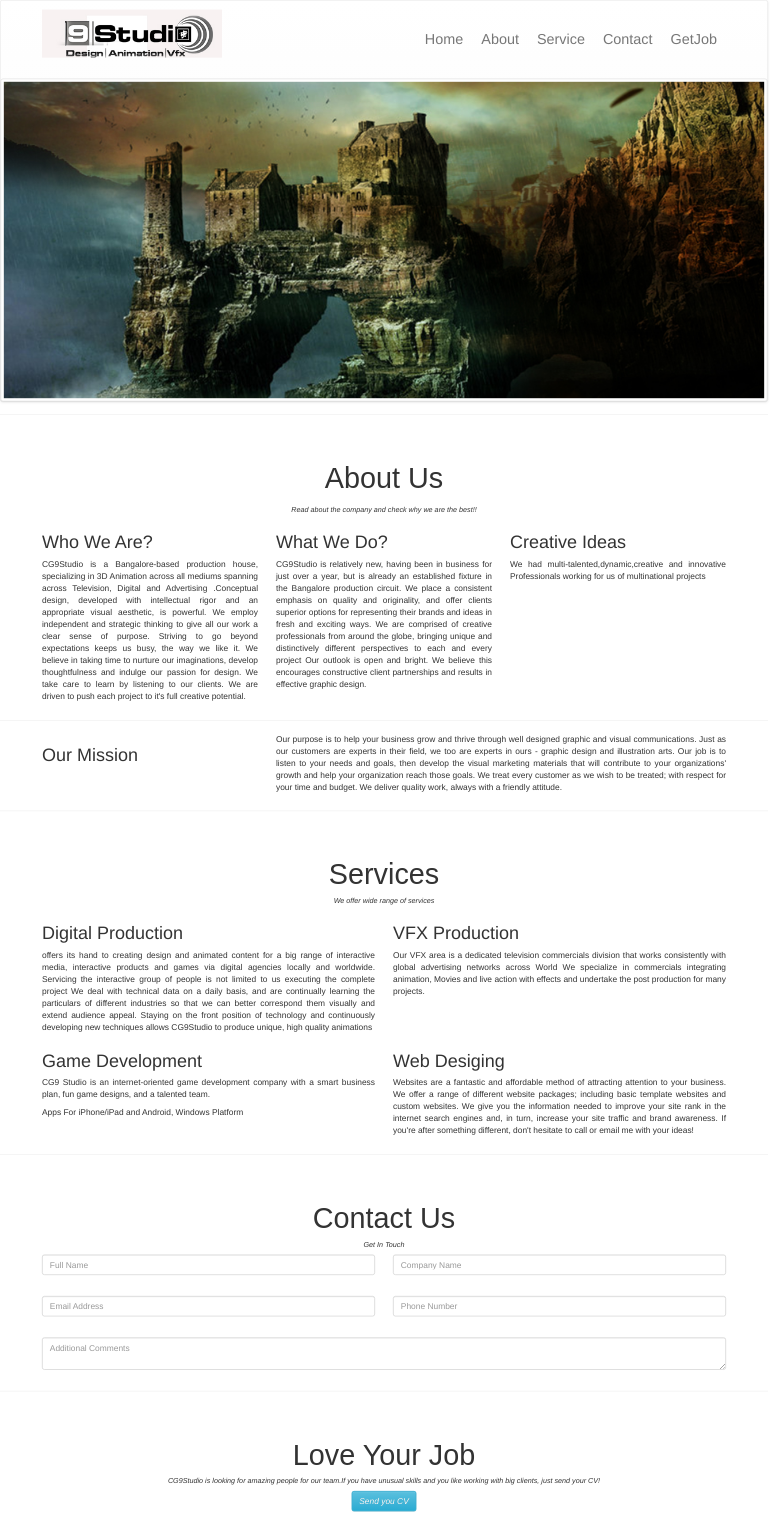
Repository: deepak6sp/BootstrapTheme1
Page: 9studio/WebContent/index.html
An editor plug-in stored every save of this project. The page is shown before and after the next save, followed by the edit.
The browser window is 1280 px wide. The page is 1295 px wide, so the pictures cover 1295 px, including what lies to the right of the window. The pictures show the whole page, at 60% of full size.
Some web libraries are served in a nearby version.

Above is the page before, as saved 2014-07-23 13:50:43.

### 9studio/WebContent/index.html
<!DOCTYPE html>
<html>
<head>
<meta charset="ISO-8859-1">
<title>Welcome To 9Studio</title>
<link rel="stylesheet" type="text/css" href="css/style.css">
<link rel="stylesheet" type="text/css" href="css/bootstrap.min.css">
<link rel="stylesheet" type="text/css" href="css/bootstrap-theme.min.css">
</head>
<body>
	<header class="navbar navbar-default">
		<div class="container">
			<div class="navbar-header">
				<a class="navbar-brand" href="#" title="9studio"><img src="images/logo.jpg"></a>
				<button class="navbar-toggle" data-toggle="collapse" data-target="#navheaderCollapse">
					<span class="icon-bar"></span>
			        <span class="icon-bar"></span>
			        <span class="icon-bar"></span>
	      		</button>
	      	</div>
	      	<br></br>
      		<div class="collapse navbar-collapse navbar-collapse-top" id="navheaderCollapse">
				<ul class="nav navbar-nav  navbar-right" >
					<li><a href="#">Home</a></li>
					<li><a href="#about-us">About</a></li>
					<li><a href="#service">Service</a></li>
					<li><a href="#contact">Contact</a></li>
					<li><a href="#getjob">GetJob</a></li>
				</ul>
			</div>
		</div>
		<br></br>
		<img src="images/home1.jpg" class="img-thumbnail">
	</header>
	<hr><br></br>
		<section id="about-us">
			<div class="container">
				<div class="row text-center"><h1>About Us</h1></div>
				<div class="row text-center"><h6>Read about the company and check why we are the best!!</h6></div>
			</div>
			<div class="container">
				<div class="row">
					<div class="col-md-4">
						<h2>Who We Are?</h2>
						<p class="text-justify">CG9Studio is a Bangalore-based production house, specializing in 3D Animation across all mediums spanning across Television,
						Digital and Advertising .Conceptual design, developed with intellectual rigor and an appropriate visual aesthetic, is powerful.
						We employ independent and strategic thinking to give all our work a clear sense of purpose. Striving to go beyond expectations
						keeps us busy, the way we like it. We believe in taking time to nurture our imaginations, develop thoughtfulness and indulge our
						passion for design. We take care to learn by listening to our clients. We are driven to push each project to it's full creative
						potential.</p>
					</div>
					<div class="col-md-4">
						<h2>What We Do?</h2>
						<p class="text-justify">CG9Studio is relatively new, having been in business for just over a year, but is already an established fixture in the Bangalore
						production circuit. We place a consistent emphasis on quality and originality, and offer clients superior options for representing
						their brands and ideas in fresh and exciting ways. We are comprised of creative professionals from around the globe, bringing unique
						and distinctively different perspectives to each and every project Our outlook is open and bright. We believe this encourages
						constructive client partnerships and results in effective graphic design.</p>
					</div>
					<div class="col-md-4">
						<h2>Creative Ideas</h2>
						<p class="text-justify"> We had multi-talented,dynamic,creative and innovative Professionals working for us of multinational projects</p>
					</div>
				</div>
			</div>
			<hr>
			<div class="container">
				<div class="row">
					<div class="col-md-4">
						<h2>Our Mission</h2>
					</div>
					<div class="col-md-8">
						<p class="text-justify">Our purpose is to help your business grow and thrive through well designed graphic and visual communications. Just as our
						customers are experts in their field, we too are experts in ours - graphic design and illustration arts. Our job is to listen
						to your needs and goals, then develop the visual marketing materials that will contribute to your organizations' growth and help
						your organization reach those goals. We treat every customer as we wish to be treated; with respect for your time and budget. We
						deliver quality work, always with a friendly attitude.
					</div>
				</div>
			</div>
		</section>

	<hr><br></br>
		<section id="service">
			<div class="container">
				<h1 class="row text-center">Services</h1>
				<h6 class="row text-center">We offer wide range of services</h6>
			</div>
			<div class="container">
				<div class="row">
					<div class="col-md-6">
						<h2>Digital Production</h2>
						<p class="text-justify"> offers its hand to creating design and animated content for a big range of interactive media, interactive products and games
						via digital agencies locally and worldwide.  Servicing the interactive group of people is not limited to us executing the complete
						project We deal with technical data on a daily basis, and are continually learning the particulars of different industries so that
						we can better correspond them visually and extend audience appeal. Staying on the front position of technology and continuously
						developing new techniques allows CG9Studio to produce unique, high quality animations</p>
					</div>
					<div class="col-md-6">
						<h2>VFX Production</h2>
						<p class="text-justify">Our VFX area is a dedicated television commercials division that works consistently with global advertising networks across
						World We specialize in commercials integrating animation, Movies and live action with effects and undertake the post production for
						many projects.</p>
					</div>
				</div>
			</div>
			<div class="container">
				<div class="row">
					<div class="col-md-6">
						<h2>Game Development</h2>
						<p class="text-justify">CG9 Studio is  an internet-oriented game development company with a smart business plan, fun  game designs, and a talented team.</P>
						<p class="text-justify">Apps For  iPhone/iPad and Android, Windows Platform</p>
					</div>
					<div class="col-md-6">
						<h2>Web Desiging</h2>
						<p class="text-justify">Websites are a fantastic and affordable method of  attracting attention to your business. We offer a range of different website
						packages; including basic template websites and custom websites. We give you the  information needed to improve your site rank in the
						internet search engines  and, in turn, increase your site traffic and brand awareness.  If you're  after something different, don't
						hesitate to call or email me with your ideas!</p>
					</div>
				</div>
			</div>
		</section>

	<hr><br></br>
		<section id="contact">
			<div class="container">
				<h1 class="row text-center">Contact Us</h1>
				<h6 class="row text-center">Get In Touch</h6>
			</div>
			<div class="container">
				<form class="row">
					<div class="col-md-6">
						<div class="form-group">
							<input type="text" class="form-control" placeholder="Full Name"/>
						</div>
						<br />
						<div class="form-group">
							<input type="email" class="form-control" placeholder="Email Address">
						</div>
						<br />
					</div>
					<div class="col-md-6">
						<div class="form-group">
							<input type="text" class="form-control" placeholder="Company Name">
						</div>
						<br />
						<div class="form-group">
							<input type="number" class="form-control" placeholder="Phone Number">
						</div>
						<br />
					</div>
					<div class="col-md-12">
						<div class="form-group">
							<textarea class="form-control" placeholder="Additional Comments"></textarea>
						</div>
					</div>
				</form>
			</div>
		</section>

	<hr><br></br>
		<section id="getjob">
			<div id="container">
				<div class="row text-center">
					<h1 >Love Your Job</h1>
					<h6 >CG9Studio is looking for amazing people for our team.If you have unusual skills and you like working with big clients, just send your CV!</h6>
					<h6 ><button type="button" class="btn btn-info">Send you CV</button></h6>
				</div>
			</div>
		</section>

	<script src="http://ajax.googleapis.com/ajax/libs/jquery/1.11.1/jquery.min.js"></script>
	<script src="js/bootstrap.min.js"></script>
	<script src="js/script.js"></script>
</body>
</html>

### 9studio/WebContent/css/style.css
@CHARSET "ISO-8859-1";

div h1{
	font-family:Arial,Helvetica,sans-serif;
	font-size:48px;
}

div h6{
	font-style:italic;
}

div ul li a{
	color:grey;
	font-size:24px;
}

### 9studio/WebContent/js/script.js
$(document).ready(function(){
		$('a[href^="#"]').on('click',function (e) {
		    e.preventDefault();

		    var target = this.hash,
		    $target = $(target);

		    $('html, body').stop().animate({
		        'scrollTop': $target.offset().top
		    }, 900, 'swing', function () {
		        window.location.hash = target;
		    });
		});
	});

Loaded but not shown: 9studio/WebContent/css/bootstrap.min.css (library); 9studio/WebContent/css/bootstrap-theme.min.css (library); 9studio/WebContent/js/bootstrap.min.js (library)

After the next save:
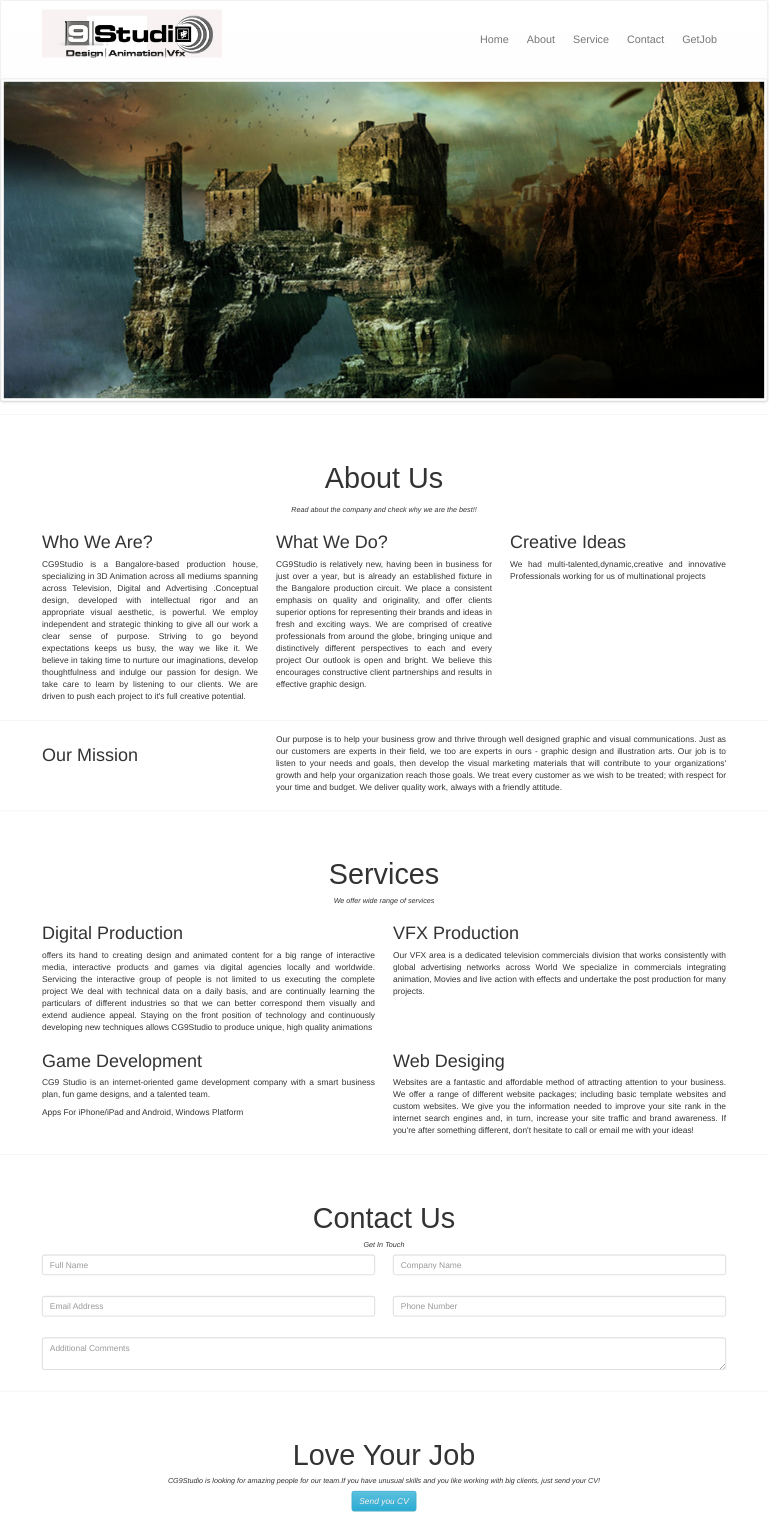
Saved 18 s later.
--- a/9studio/WebContent/css/style.css
+++ b/9studio/WebContent/css/style.css
@@ -11,5 +11,5 @@ div h6{
 
 div ul li a{
 	color:grey;
-	font-size:24px;
+	font-size:18px;
 }
